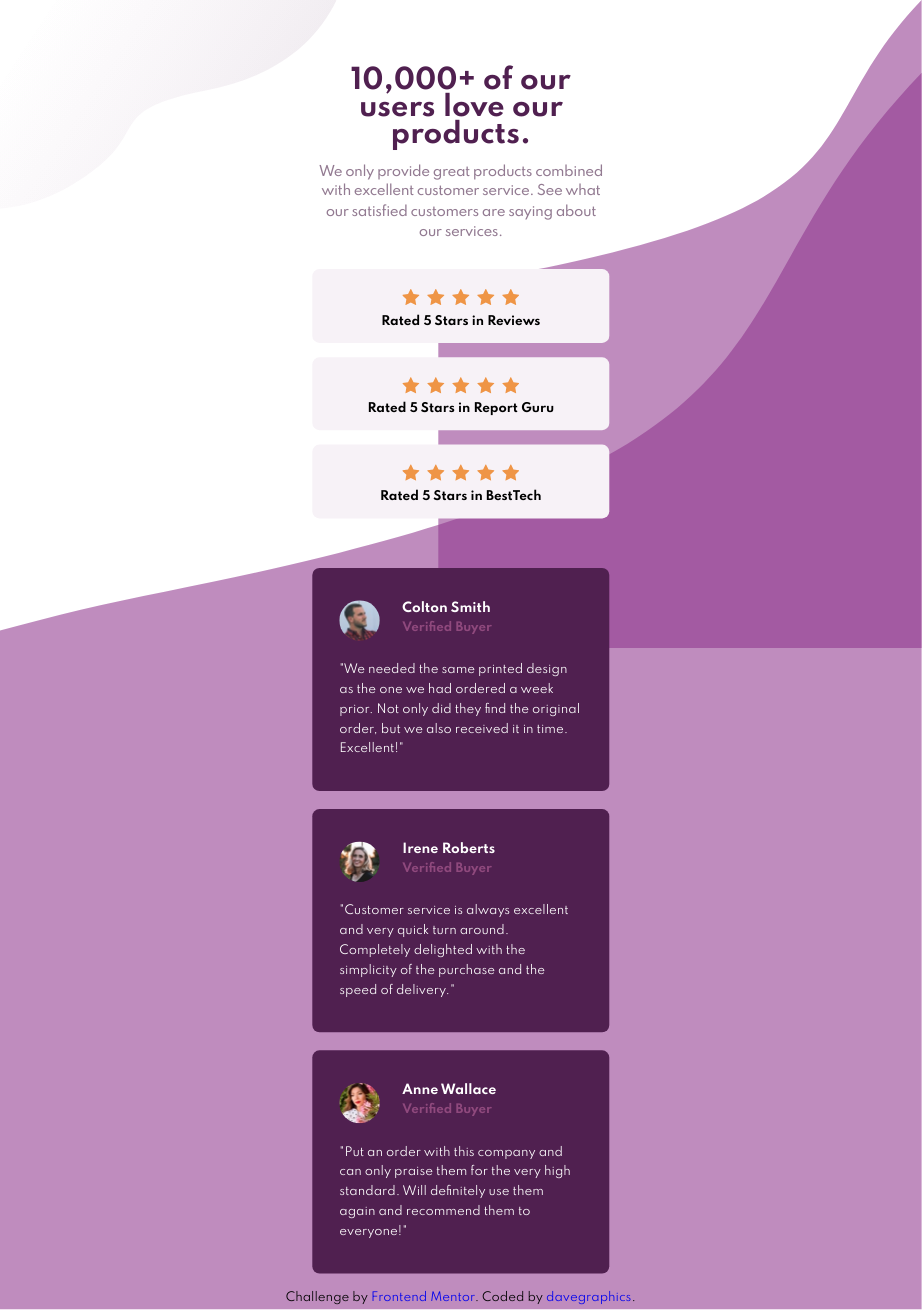
Repository: DejV44/social-proof-section-master
Page: index.html
The author's editor kept a copy of each file at every save. The page is drawn from the files as they stood at one save, then again after the next save.
The browser window is 1024 px wide. The pictures show the whole page, at 90% of full size.
The style sheet was rebuilt from its Sass, Less or Tailwind sources for each picture, by a compiler version that may differ from the author's.

Above is the page before, as saved 2021-06-28 21:49:39.

After the next save:
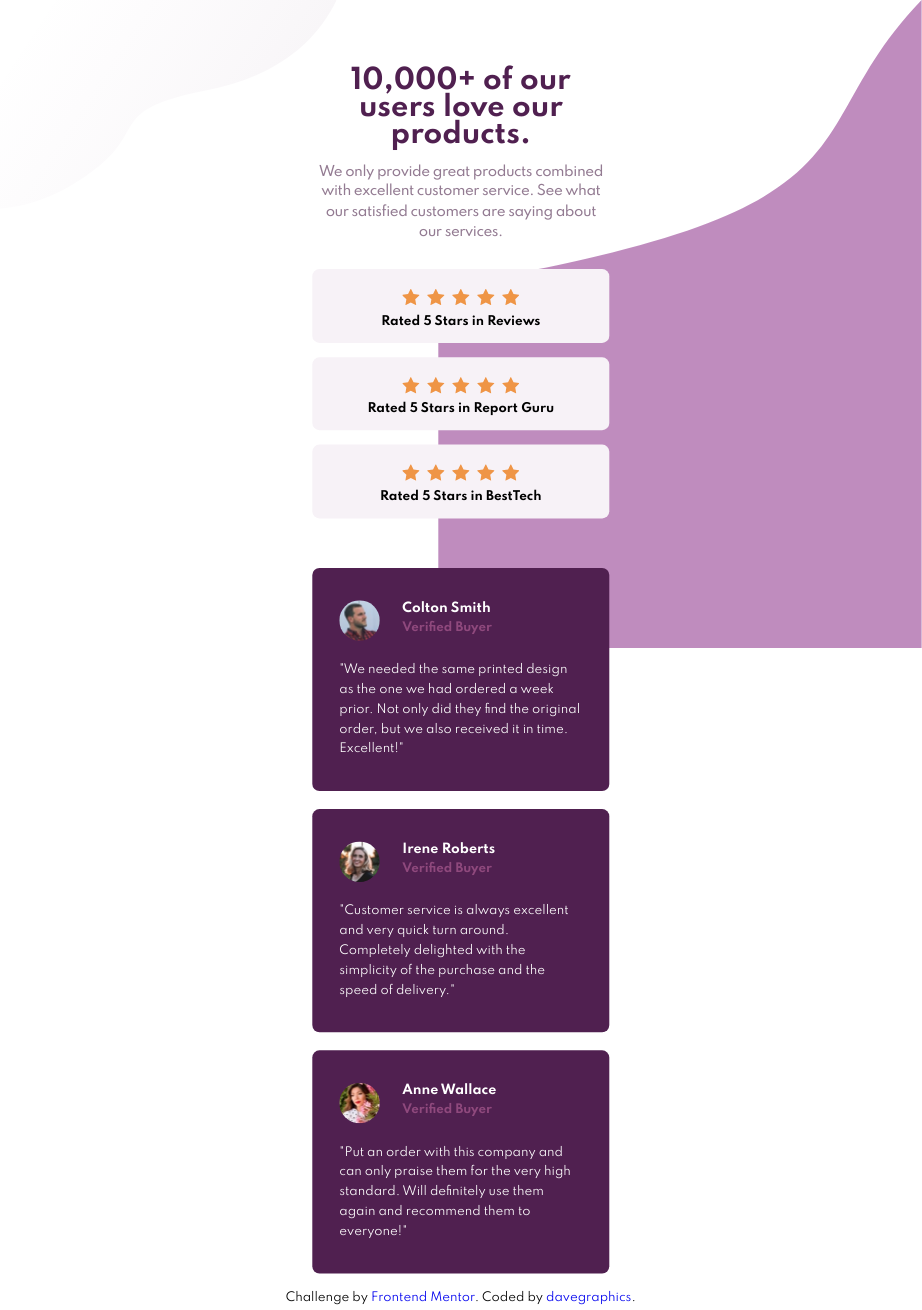
Saved 13 s later.
--- a/css/main.scss
+++ b/css/main.scss
@@ -234,10 +234,10 @@
     margin: 0;
     padding: 0;
     font-family: 'Spartan', sans-serif;
-    background: url("/img/bg-pattern-top-mobile.svg"), url("/img/bg-pattern-bottom-mobile2.svg");
+    /*background: url("/img/bg-pattern-top-mobile.svg"), url("/img/bg-pattern-bottom-mobile2.svg");
     background-position: top 0px left 0px, bottom 0px right 0px;
     background-repeat: no-repeat;
-    background-size: inherit;
+    background-size: inherit;*/
 
     .size {
 

After the save that followed:
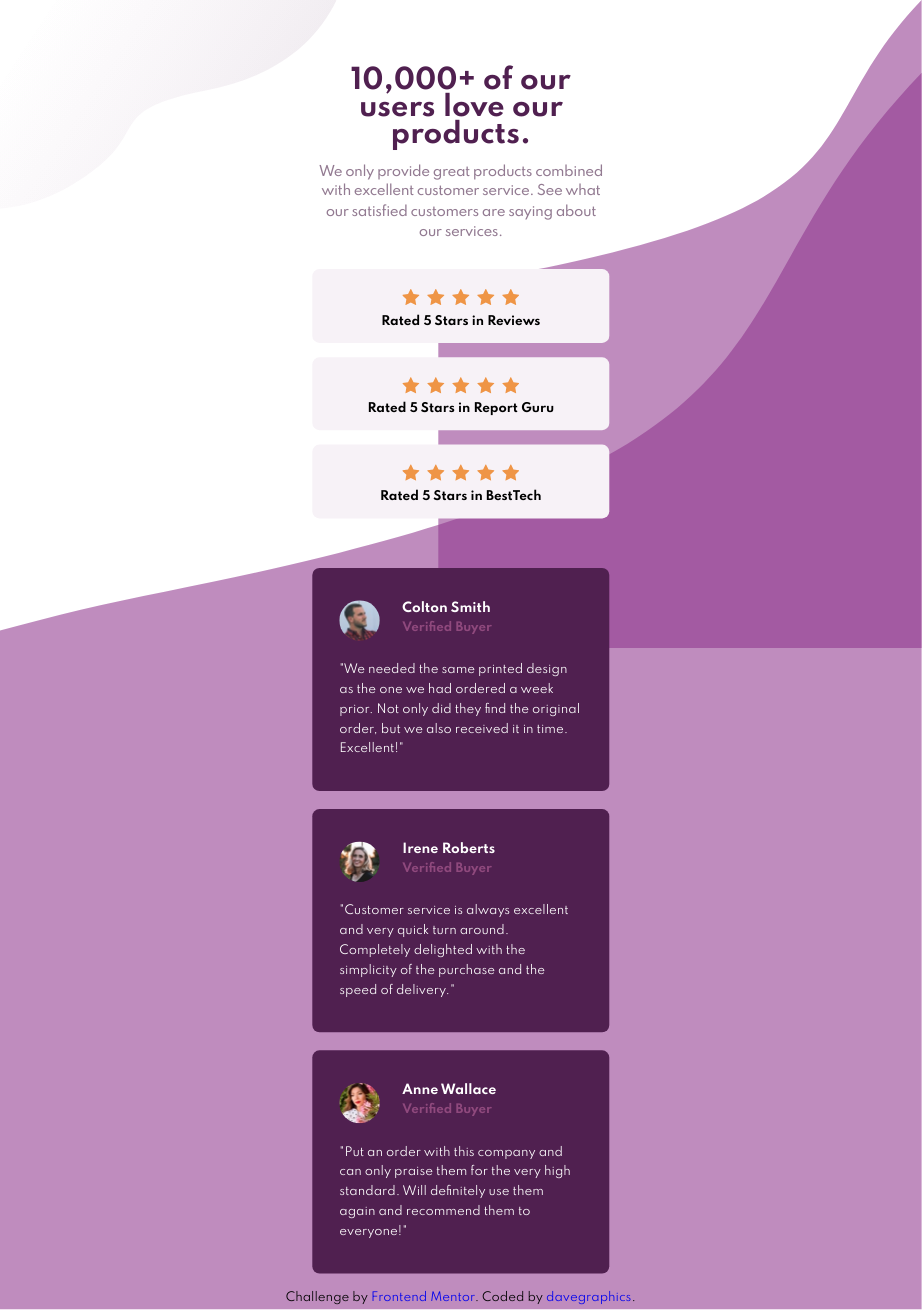
Saved 33 s later.
--- a/css/main.scss
+++ b/css/main.scss
@@ -234,10 +234,10 @@
     margin: 0;
     padding: 0;
     font-family: 'Spartan', sans-serif;
-    /*background: url("/img/bg-pattern-top-mobile.svg"), url("/img/bg-pattern-bottom-mobile2.svg");
+    background: url("/img/bg-pattern-top-mobile.svg"), url("/img/bg-pattern-bottom-mobile2.svg");
     background-position: top 0px left 0px, bottom 0px right 0px;
     background-repeat: no-repeat;
-    background-size: inherit;*/
+    background-size: inherit;
 
     .size {
 
